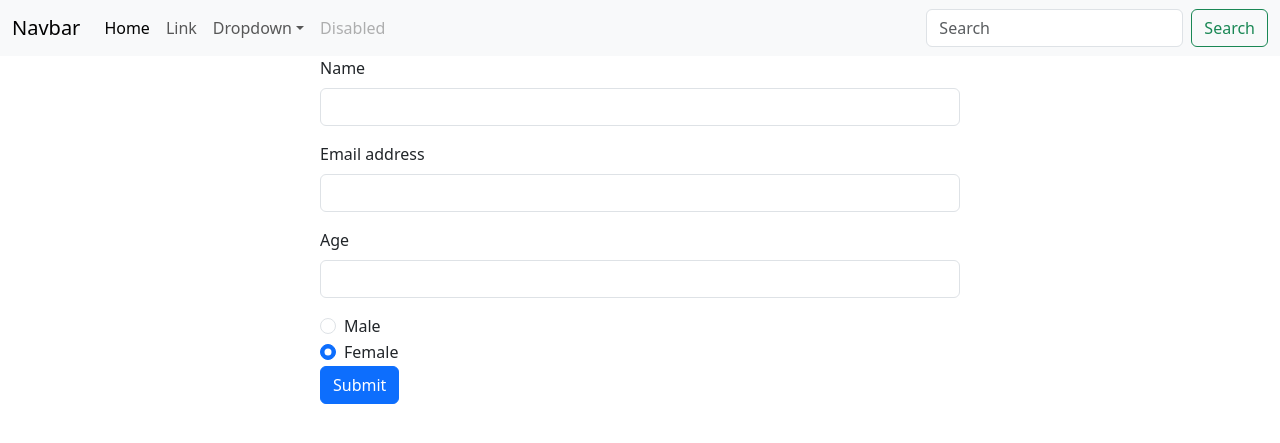
Repository: suraj-yadav7/createpost-redux
Page: /
These files come from the project's save history. The page is drawn as it stood at one moment and after the next save; the edit follows.
The browser window is 1280 px wide. The pictures show the whole page.
The project was rebuilt for these pictures with package versions that can differ from the ones it lists, and the page was loaded fresh each time. Also part of the build but not shown: vite.config.js, src/App.css, src/components/Read.jsx, src/index.css.

Above is the page before, as saved 2023-05-16 13:40:54.

After the next save:
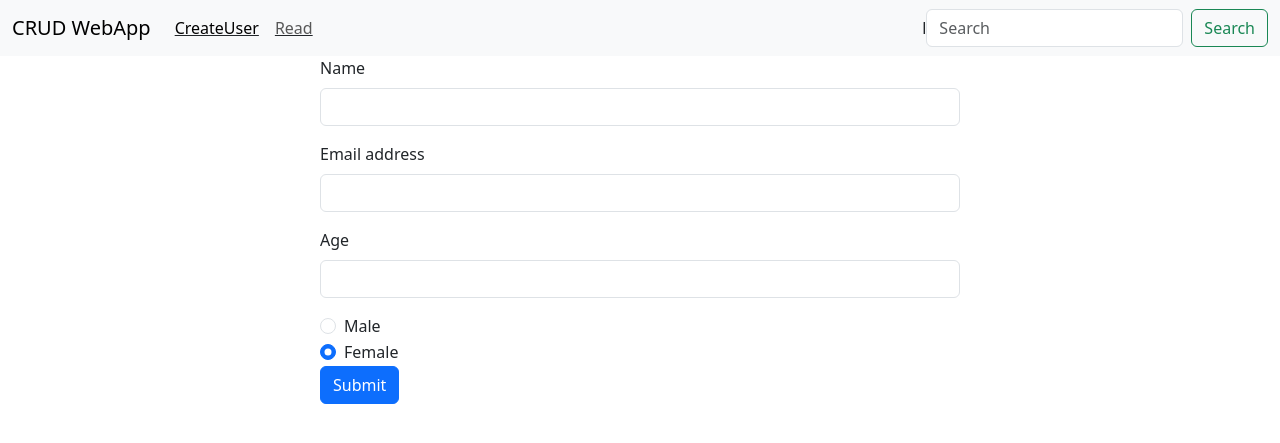
Saved 96 s later.
--- a/src/components/Navbar.jsx
+++ b/src/components/Navbar.jsx
@@ -5,33 +5,19 @@ const Navbar = () => {
     <>
       <nav class="navbar navbar-expand-lg bg-body-tertiary">
   <div class="container-fluid">
-    <a class="navbar-brand" href="#">Navbar</a>
+    <a class="navbar-brand" href="#">CRUD WebApp</a>
     <button class="navbar-toggler" type="button" data-bs-toggle="collapse" data-bs-target="#navbarSupportedContent" aria-controls="navbarSupportedContent" aria-expanded="false" aria-label="Toggle navigation">
       <span class="navbar-toggler-icon"></span>
     </button>
     <div class="collapse navbar-collapse" id="navbarSupportedContent">
-      <ul class="navbar-nav me-auto mb-2 mb-lg-0">
+      <u class="navbar-nav me-auto mb-2 mb-lg-0">
         <li class="nav-item">
-          <a class="nav-link active" aria-current="page" href="#">Home</a>
+          <a class="nav-link active" aria-current="page" href="#">CreateUser</a>
         </li>
         <li class="nav-item">
-          <a class="nav-link" href="#">Link</a>
+          <a class="nav-link" href="#">Read</a>
         </li>
-        <li class="nav-item dropdown">
-          <a class="nav-link dropdown-toggle" href="#" role="button" data-bs-toggle="dropdown" aria-expanded="false">
-            Dropdown
-          </a>
-          <ul class="dropdown-menu">
-            <li><a class="dropdown-item" href="#">Action</a></li>
-            <li><a class="dropdown-item" href="#">Another action</a></li>
-            <li><hr class="dropdown-divider"/></li>
-            <li><a class="dropdown-item" href="#">Something else here</a></li>
-          </ul>
-        </li>
-        <li class="nav-item">
-          <a class="nav-link disabled">Disabled</a>
-        </li>
-      </ul>
+      </u>l
       <form class="d-flex" role="search">
         <input class="form-control me-2" type="search" placeholder="Search" aria-label="Search"/>
         <button class="btn btn-outline-success" type="submit">Search</button>
